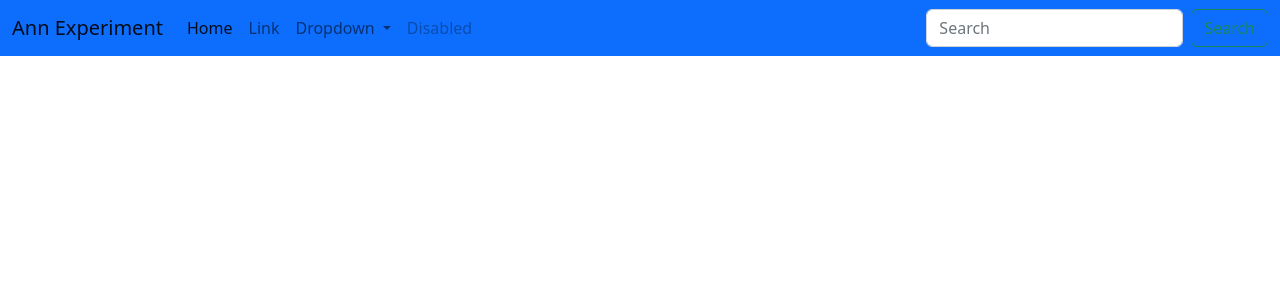
Repository: annferracane/phase-0-personal-website
Page: index.html
These files come from the project's save history. The page is drawn as it stood at one moment and after the next save; the edit follows.
The browser window is 1280 px wide. The pictures show the whole page.

Above is the page before, as saved 2022-11-13 15:42:29.

### index.html

<!DOCTYPE html>
<html lang="en">
    <head>
        <meta charset="utf-8">
        <meta name="viewport" content="width=device-width, initial-scale=1">
        <link href="https://cdn.jsdelivr.net/npm/bootstrap@5.2.2/dist/css/bootstrap.min.css" rel="stylesheet" integrity="sha384-Zenh87qX5JnK2Jl0vWa8Ck2rdkQ2Bzep5IDxbcnCeuOxjzrPF/et3URy9Bv1WTRi" crossorigin="anonymous">
        <!--<link rel="stylesheet" href="./style.css" />-->
        <title>Ann Experiment</title>
    </head>
    <body>
        <nav class="navbar navbar-expand-lg bg-primary">
            <div class="container-fluid">
              <a class="navbar-brand mb-0 h1" href="#">Ann Experiment</a>
              <button class="navbar-toggler" type="button" data-bs-toggle="collapse" data-bs-target="#navbarSupportedContent" aria-controls="navbarSupportedContent" aria-expanded="false" aria-label="Toggle navigation">
                <span class="navbar-toggler-icon"></span>
              </button>
              <div class="collapse navbar-collapse" id="navbarSupportedContent">
                <ul class="navbar-nav me-auto mb-2 mb-lg-0">
                  <li class="nav-item">
                    <a class="nav-link active" aria-current="page" href="#">Home</a>
                  </li>
                  <li class="nav-item">
                    <a class="nav-link" href="#">Link</a>
                  </li>
                  <li class="nav-item dropdown">
                    <a class="nav-link dropdown-toggle" href="#" role="button" data-bs-toggle="dropdown" aria-expanded="false">
                      Dropdown
                    </a>
                    <ul class="dropdown-menu">
                      <li><a class="dropdown-item" href="#">Action</a></li>
                      <li><a class="dropdown-item" href="#">Another action</a></li>
                      <li><hr class="dropdown-divider"></li>
                      <li><a class="dropdown-item" href="#">Something else here</a></li>
                    </ul>
                  </li>
                  <li class="nav-item">
                    <a class="nav-link disabled">Disabled</a>
                  </li>
                </ul>
                <form class="d-flex" role="search">
                  <input class="form-control me-2" type="search" placeholder="Search" aria-label="Search">
                  <button class="btn btn-outline-success" type="submit">Search</button>
                </form>
              </div>
            </div>
          </nav>
        <!--<h1>Hello World!</h1>-->
        <!--<script src="script.js"></script>-->

    </body>
</html>

After the next save:
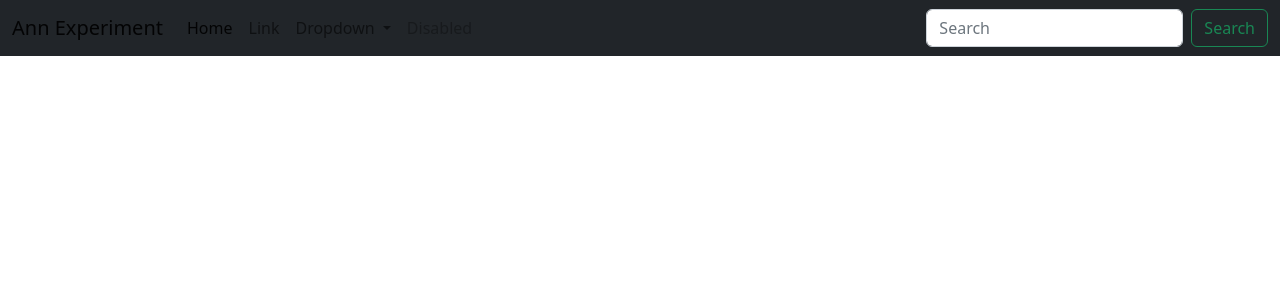
Saved 2 min 54 s later.
--- a/index.html
+++ b/index.html
@@ -9,7 +9,7 @@
         <title>Ann Experiment</title>
     </head>
     <body>
-        <nav class="navbar navbar-expand-lg bg-primary">
+        <nav class="navbar navbar-expand-lg bg-dark">
             <div class="container-fluid">
               <a class="navbar-brand mb-0 h1" href="#">Ann Experiment</a>
               <button class="navbar-toggler" type="button" data-bs-toggle="collapse" data-bs-target="#navbarSupportedContent" aria-controls="navbarSupportedContent" aria-expanded="false" aria-label="Toggle navigation">

After the save that followed:
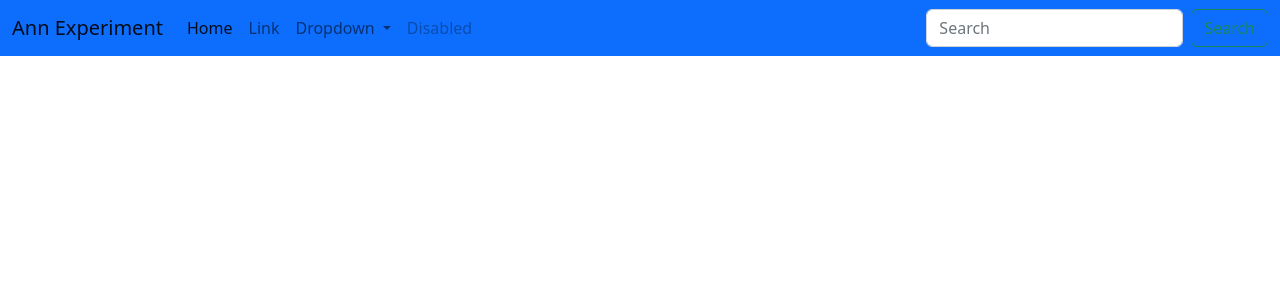
Saved 24 s later.
--- a/index.html
+++ b/index.html
@@ -9,7 +9,7 @@
         <title>Ann Experiment</title>
     </head>
     <body>
-        <nav class="navbar navbar-expand-lg bg-dark">
+        <nav class="navbar navbar-expand-lg bg-primary">
             <div class="container-fluid">
               <a class="navbar-brand mb-0 h1" href="#">Ann Experiment</a>
               <button class="navbar-toggler" type="button" data-bs-toggle="collapse" data-bs-target="#navbarSupportedContent" aria-controls="navbarSupportedContent" aria-expanded="false" aria-label="Toggle navigation">
